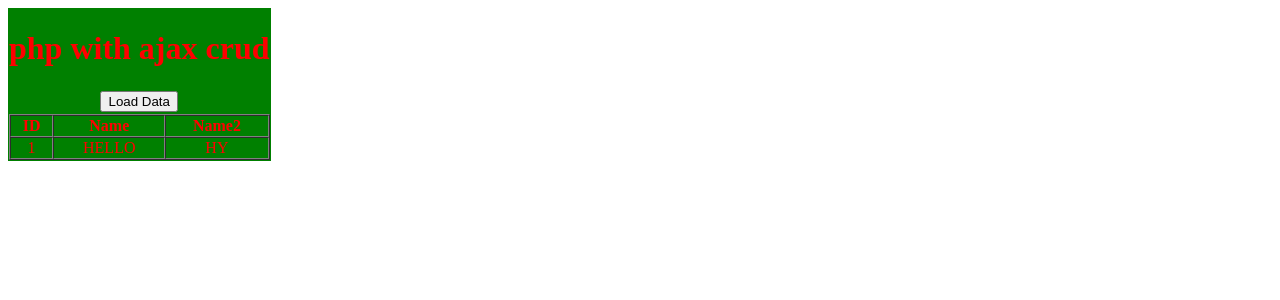
Repository: Tauqeer124/newrepo
Page: http://localhost/showdata.php
These files come from the project's save history. The page is drawn as it stood at one moment and after the next save; the edit follows.
The browser window is 1280 px wide. The pictures show the whole page.
The page is run by PHP 8.4 with error messages shown; the project is at /var/www/html/.

Above is the page before, as saved 2023-04-28 11:58:09.

After the next save:
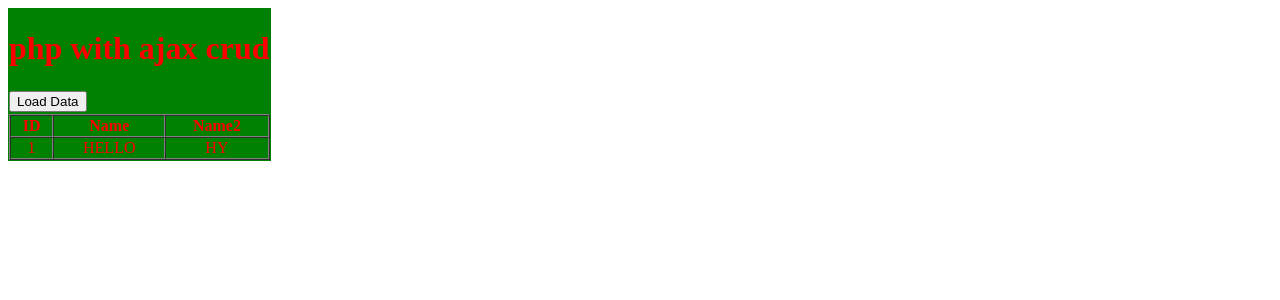
Saved 20 s later.
--- a/showdata.php
+++ b/showdata.php
@@ -4,7 +4,7 @@
         <title> ajax example</title>
         <style>
             #main{
-                text-align: center;
+                align: center;
                 color: red;
                 background-color: green;
             }

After the save that followed:
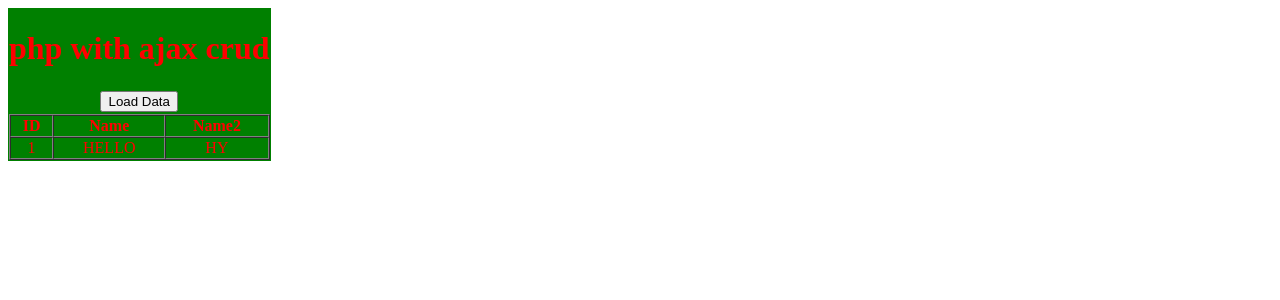
Saved 13 s later.
--- a/showdata.php
+++ b/showdata.php
@@ -4,7 +4,7 @@
         <title> ajax example</title>
         <style>
             #main{
-                align: center;
+                text-align: center;
                 color: red;
                 background-color: green;
             }
